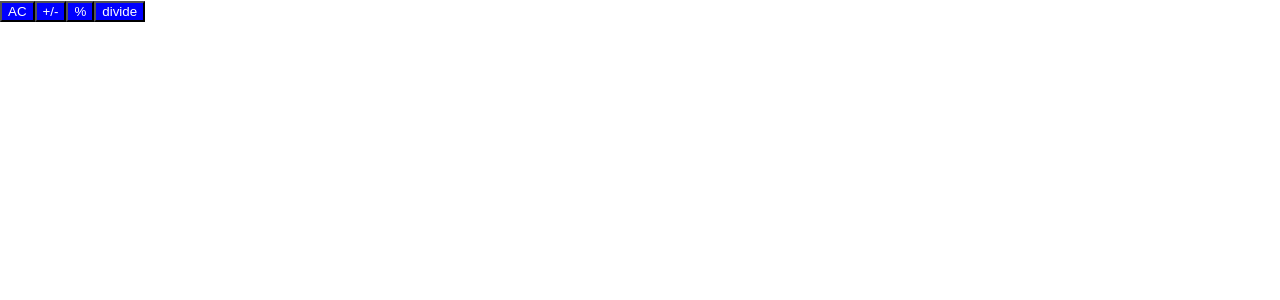
Repository: catsarenotreal/CalculatorWebApp
Page: /
The author's editor kept a copy of each file at every save. The page is drawn from the files as they stood at one save, then again after the next save.
The browser window is 1280 px wide. The pictures show the whole page.
The project was rebuilt for these pictures with package versions that can differ from the ones it lists, and the page was loaded fresh each time.

Above is the page before, as saved 2024-08-22 13:35:02.

After the next save:
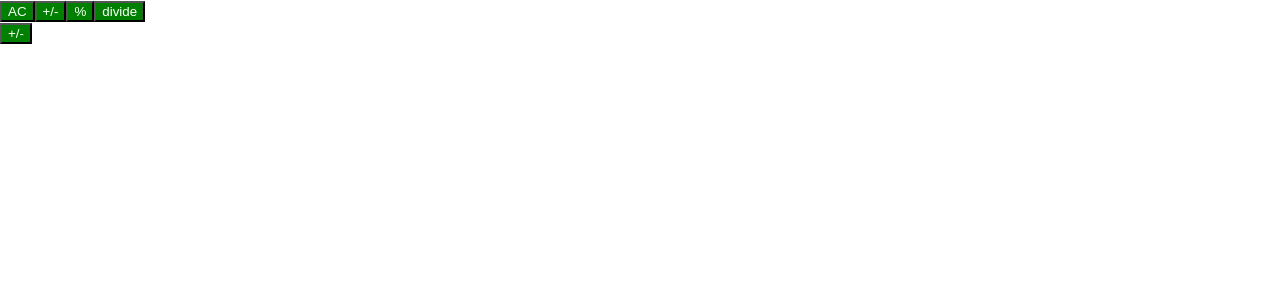
Saved 38 s later.
--- a/src/App.tsx
+++ b/src/App.tsx
@@ -39,6 +39,9 @@ export default function Calc() {
         <Buttons val={'%'} buttonColor='red' />
         <Buttons val={'divide'} buttonColor='blue' />
       </div>
+      <div>
+        <Buttons val={'+/-'} buttonColor='green' />
+      </div>
     </main>
 
   );
